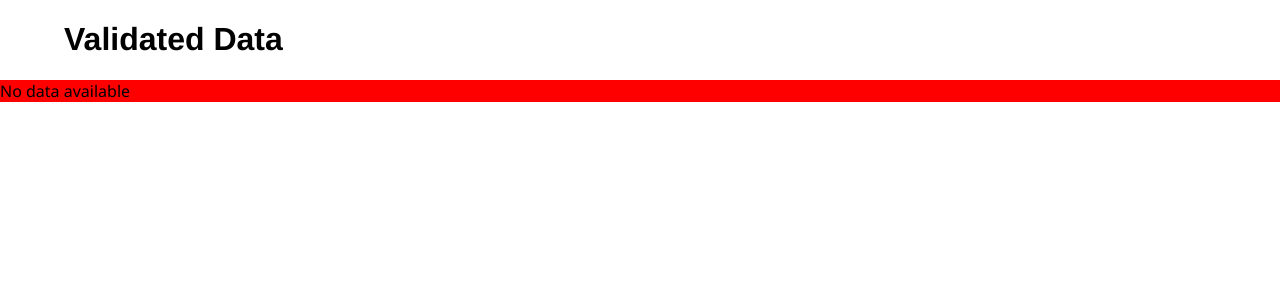
Repository: kaizoku010/mirrorscreenapp
Page: /validate
An editor plug-in stored every save of this project. The page is shown before and after the next save, followed by the edit.
The browser window is 1280 px wide. The pictures show the whole page.
The page's requests for data from a server got no answer. The project was rebuilt for these pictures with package versions that can differ from the ones it lists, and the page was loaded fresh each time. No one was signed in, and anything a server would have sent is missing. Also part of the build but not shown: src/App.js, src/atoms/printMe.css, src/temps/TicketTemplate.js, src/atoms/PrintMe.js, src/atoms/homeAtom.css, src/atoms/HomeAtom.js, src/Sections/Home.js.

Above is the page before, as saved 2024-06-18 21:03:14.

After the next save:
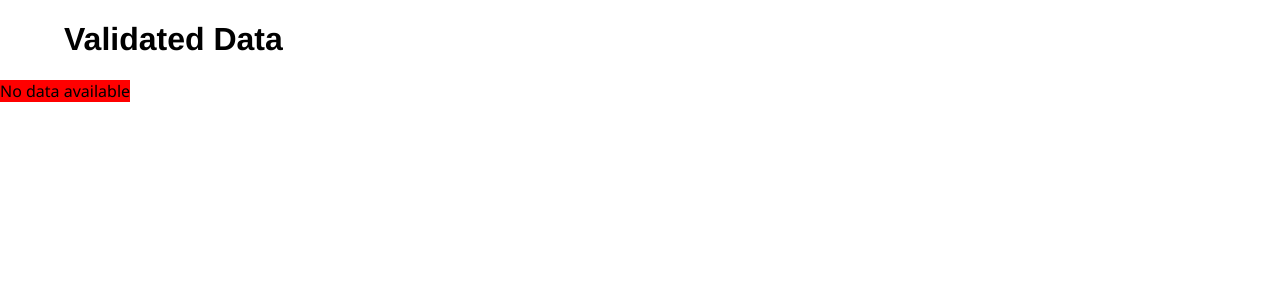
Saved 77 s later.
--- a/src/atoms/valuser.css
+++ b/src/atoms/valuser.css
@@ -31,5 +31,5 @@
     display: grid;
     grid-template-columns: auto auto auto;
     background-color: red;
-    /* margin: 5%; */
+    width: fit-content;
 }
